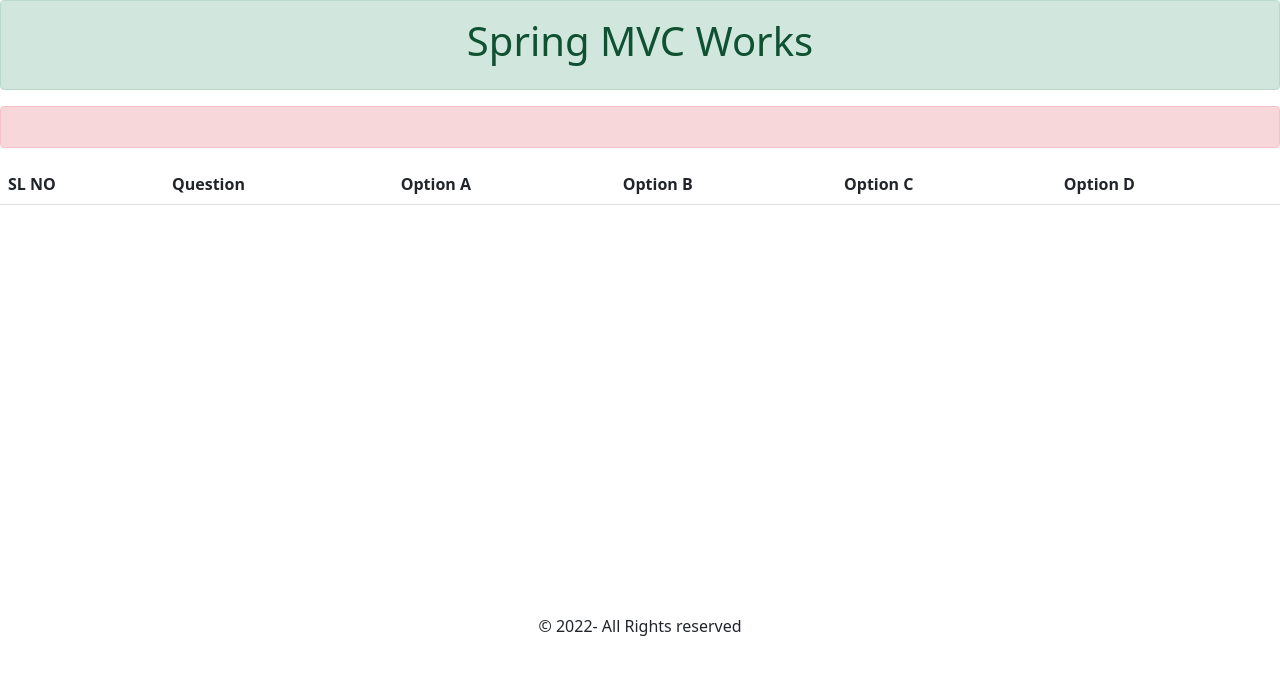
Repository: techpreet/gurwork
Page: http://localhost/student-app/WEB-INF/pages/show-students.jsp
These files come from the project's save history. The page is drawn as it stood at one moment and after the next save; the edit follows.
The browser window is 1280 px wide. The pictures show the whole page.
The page is served by Tomcat 9. Nobody is signed in. The template is opened directly, without the code that normally fills it, so the values that code supplies are empty.

Above is the page before, as saved 2022-02-15 11:15:56.

After the next save:
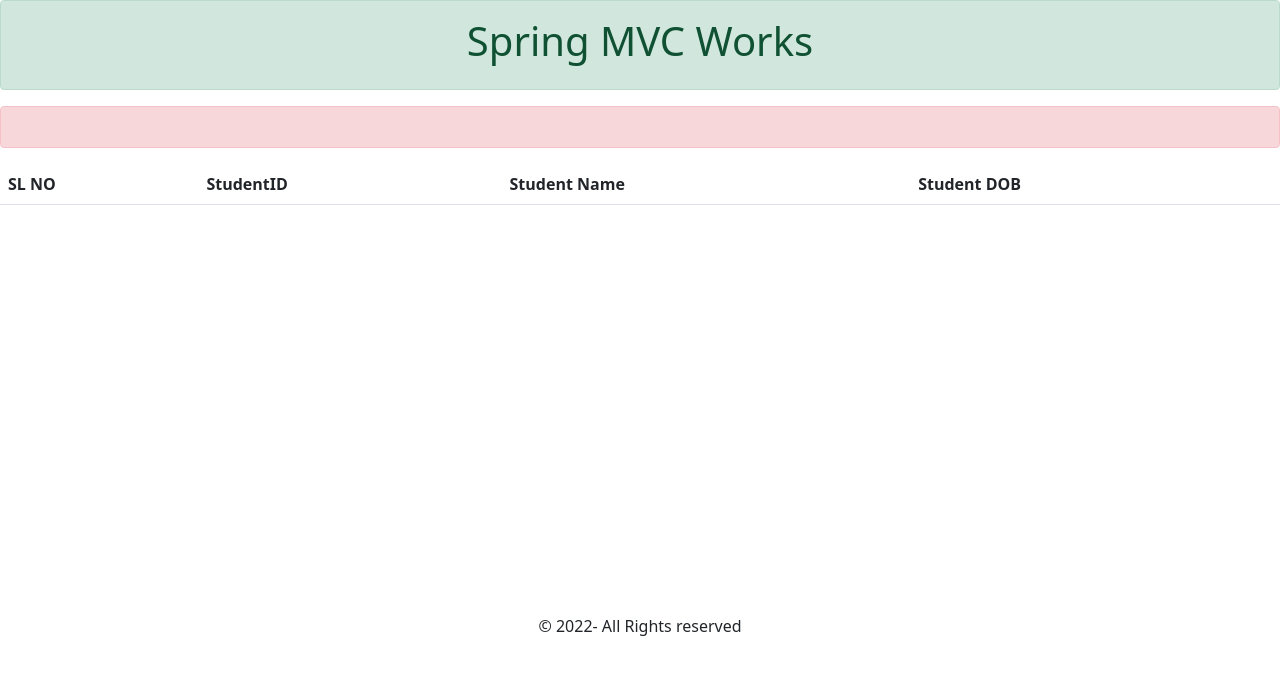
Saved 2 min 22 s later.
--- a/workspace/student-app/src/main/webapp/WEB-INF/pages/show-students.jsp
+++ b/workspace/student-app/src/main/webapp/WEB-INF/pages/show-students.jsp
@@ -12,11 +12,9 @@
 			<thead>
 				<tr>
 					<th>SL NO</th>
-					<th>Question</th>
-					<th>Option A</th>
-					<th>Option B</th>
-					<th>Option C</th>
-					<th>Option D</th>
+					<th>StudentID</th>
+					<th>Student Name</th>
+					<th>Student DOB</th>
 				</tr>
 			</thead>
 
